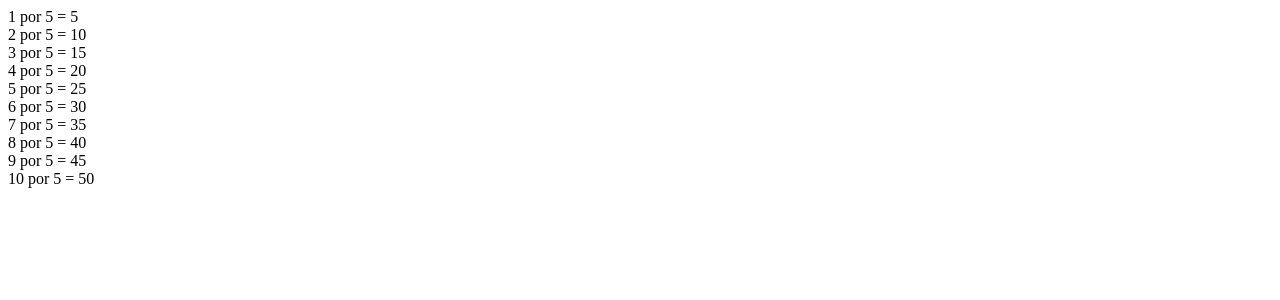
Repository: pedroblanch/ejerciciosPhp2021-2022
Page: http://localhost/tabla_multiplicar_3.php
These files come from the project's save history. The page is drawn as it stood at one moment and after the next save; the edit follows.
The browser window is 1280 px wide. The pictures show the whole page.
The page is run by PHP 8.4 with error messages shown; the project is at /var/www/html/.

Above is the page before, as saved 2021-12-17 12:27:21.

### ejerciciosBasicos/tabla_multiplicar_3.php
<?php
for($i=1;$i<=10;$i++){
  $resultado=$i*5;
  echo("$i por 5 = $resultado<br>");
}

?>

After the next save:
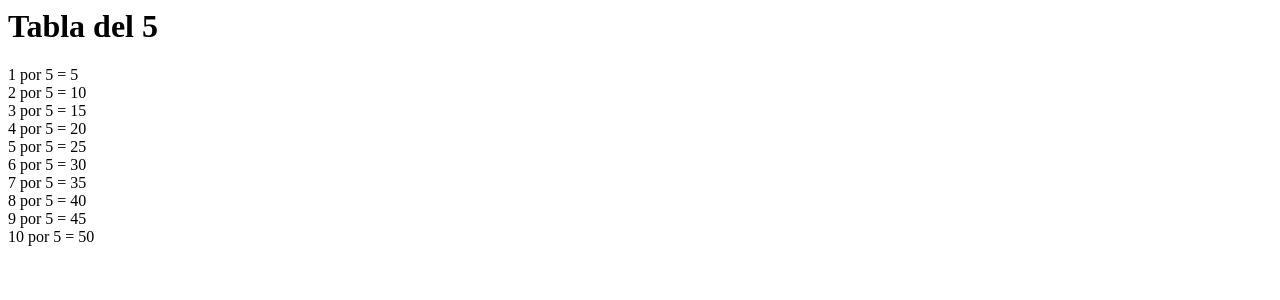
Saved 26 s later.
--- a/ejerciciosBasicos/tabla_multiplicar_3.php
+++ b/ejerciciosBasicos/tabla_multiplicar_3.php
@@ -1,4 +1,5 @@
 <?php
+echo("<h1>Tabla del 5</h1>");
 for($i=1;$i<=10;$i++){
   $resultado=$i*5;
   echo("$i por 5 = $resultado<br>");
